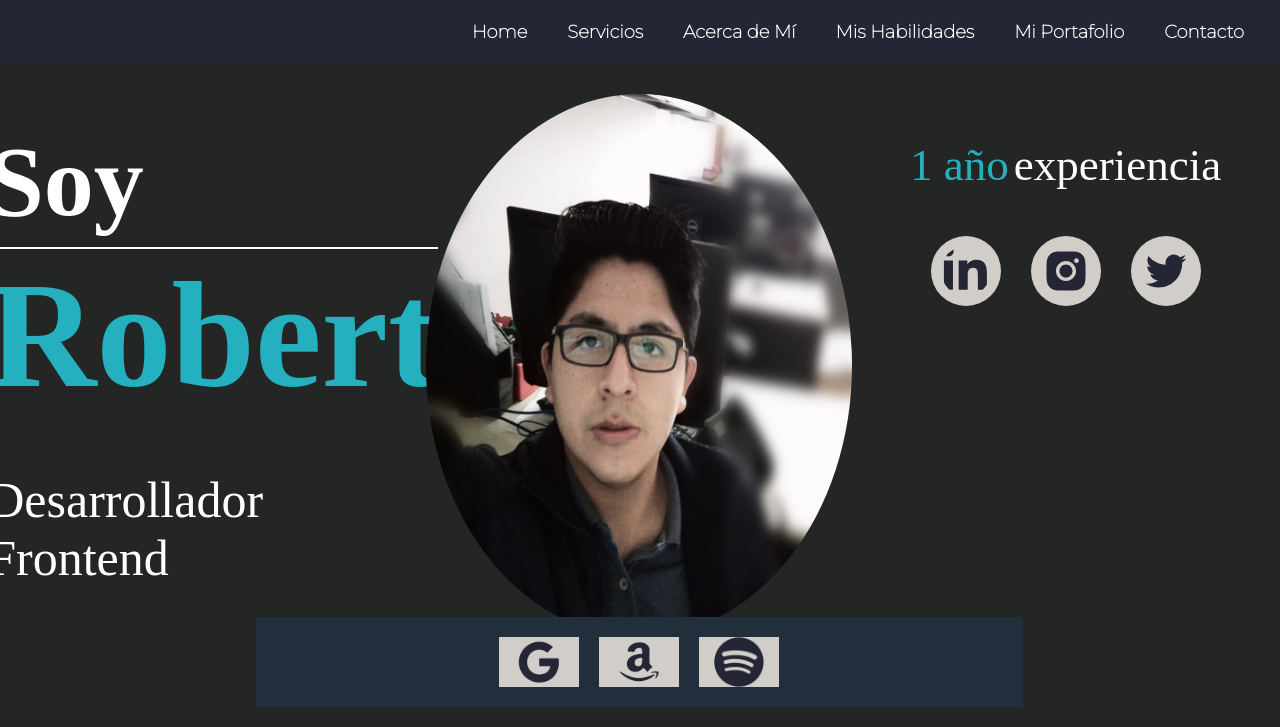
Repository: RobertAries28/PortafolioRobertEscalanteGomez2022
Page: index.html
These files come from the project's save history. The page is drawn as it stood at one moment and after the next save; the edit follows.
The browser window is 1280 px wide. The pictures show the whole page.

Above is the page before, as saved 2022-02-15 12:06:49.

### index.html
<!DOCTYPE html>
<html lang="en">
<head>
    <meta charset="UTF-8">
    <meta http-equiv="X-UA-Compatible" content="IE=edge">
    <meta name="viewport" content="width=device-width, initial-scale=1.0">
    <link rel="preconnect" href="https://fonts.googleapis.com">
<link rel="preconnect" href="https://fonts.gstatic.com" crossorigin>
<link href="https://fonts.googleapis.com/css2?family=Montserrat:wght@100&display=swap" rel="stylesheet">
    <link rel="stylesheet" href="estilos.css">
    <title>Document</title>
</head>
<body>
    <header class="main-header">
        <div class="l-container">

        <div class="main-menu-toggle" id="main-menu-toggle"></div>
             <nav class="main-nav" id="main-nav">
                 <ul class="main-menu">
                       <li class="main-menu__item">
                           <a class="main-menu__link" href="#">
                              Home
                           </a>
                       </li>

                       <li class="main-menu__item">
                         <a class="main-menu__link" href="#">
                           Servicios
                         </a>
                       </li>

                       <li class="main-menu__item">
                        <a class="main-menu__link" href="#">
                          Acerca de Mí
                        </a>
                       </li>


                     <li class="main-menu__item">
                         <a class="main-menu__link" href="#">
                           Mis Habilidades
                         </a>
                     </li>

                     <li class="main-menu__item">
                        <a class="main-menu__link" href="#">
                         Mi Portafolio
                        </a>
                    </li>

                    <li class="main-menu__item">
                        <a class="main-menu__link" href="#">
                         Contacto
                        </a>
                    </li>


                 </ul>
             </nav>


        </div>
     </header>
     <section>
        <div class="section-nombre">
              <h2>Soy</h2><hr color="white"/>
              <h1>Robert</h1>
              <p class="parrafo">Desarrollador Frontend</p>
        </div>

        <div class="section-imagen">
              <img src="imagenes/fotoPerfil.jpeg" alt="">
        </div>

        <div class="section-experiencia">
               <p><span>1 año</span>experiencia</p>
               <div>
                 <img src="imagenes/linkedin.svg" alt="">
                 <img src="imagenes/instagram.svg" alt="">
                 <img src="imagenes/twitter.svg" alt="">
               </div>
        </div>

        <div class="section-iconos">
          <div>
             <img src="imagenes/gmail.png" alt="">
             <img src="imagenes/amazon.png" alt="">
             <img src="imagenes/spotify.png" alt="">
            </div>
        </div>
    </section>
    <script src="javascript.js"></script>
</body>
</html>

### estilos.css
body{
    margin: 0;
    background: #242625;
}

.main-header{
    height: 4rem;
    background: #242635;
    position:sticky;

	top:0;

}
.l-container{
    max-width: 100%;
    padding-left: 1rem;
    padding-right: 1rem;
    display: flex;
    justify-content: space-between;
    align-items: center;

    height: 100%;
    color: white;

}
.main-menu{
    margin-top: 0;
    margin-bottom: 0;
    padding-left: 0;
    list-style: none;
    display: flex;
}

.main-menu li{
    padding: 0 20px;
}

a{
  text-decoration: none;
  color: white;
  font-family: 'Montserrat', sans-serif;
  font-size: 18px;
  font-weight: bold;
}


/*section*/

section{
    display: grid;
    grid-template-columns: repeat(3,33.3%);
    grid-template-rows: repeat(3,auto);
    justify-items: center;
    padding-top: 30px;

}

.section-nombre h1{
    font-size: 150px;
    margin: 0;
    color: #24B0BE;
}

.section-nombre h2{
    font-size: 100px;
    margin: 0;
    margin-top: 30px;
    color: white;
}

.section-nombre .parrafo{
    color: white;
    font-size: 50px;

}
.section-nombre hr{
    margin-bottom: 0;

}

.section-imagen{
    position: relative;
}

.section-imagen img{
    width: 100%;
    height: 100%;
    border-radius: 50%;


}

.section-experiencia p{
    color: white;
    font-size: 45px;

}

.section-experiencia span{
    color: #24B0BE;
    padding-right: 5px;
}

.section-experiencia img{
    background: #D1CECA;
    width: 50px;
    border-radius: 50%;
    padding: 10px;
    margin: 0 15px;
}

.section-experiencia div{
    display: flex;
    justify-content: center;
}

.section-iconos{
   grid-column: 1 / span 3;
 justify-self: center;
   background: #212F3C;
  width:60%;
  position: relative;
 top: -20px;
}

.section-iconos div{
    display: flex;
  justify-content: center;
}

.section-iconos img{
  height: 50px;
  background: #D1CECA;
  padding: 0 15px;
  margin: 20px 10px;
}




@media screen and ( max-width: 768px){



.main-menu__item{
    padding: .5rem 0 .5rem 1rem
}

.main-menu__link{
    color: white;
    margin-left: 1rem;
}



.main-nav{
    position: fixed;
    height: calc(100vh - 4rem);
    width: 200px;
    background: black;
    top: 4rem;
    right: -200px;




}

.main-menu{
    flex-direction: column;
}

.main-menu li{
    padding: 10px 0;
}



.show{
right: 0px;
transition-duration: 1s;
transition-timing-function:ease-in-out

}

 :not(.show){
     transition-duration: 1s;
  transition-timing-function: ease-in
 }


.main-menu-toggle{
    width: 2.4rem;
    margin-left: calc(100% - 38.4px);
    height: 1.6rem;
    background: linear-gradient(black 20%, transparent 20%, transparent 40%, black 40%, black 60%, transparent 60%, transparent 80%, black 80%);
    cursor: pointer;

}
}

### javascript.js
 const showMenu = (toggleId, navId) =>{
               const toggle = document.getElementById(toggleId),
               nav = document.getElementById(navId)

               if(toggle && nav){
                   toggle.addEventListener('mouseover' , ()=>{
                       nav.classList.toggle('show')
                   })



               }

               if(toggle && nav){
                   toggle.addEventListener('mouseout' , ()=>{
                       nav.classList.toggle('show')
                   })



               }



           }
           showMenu('main-menu-toggle','main-nav')

After the next save:
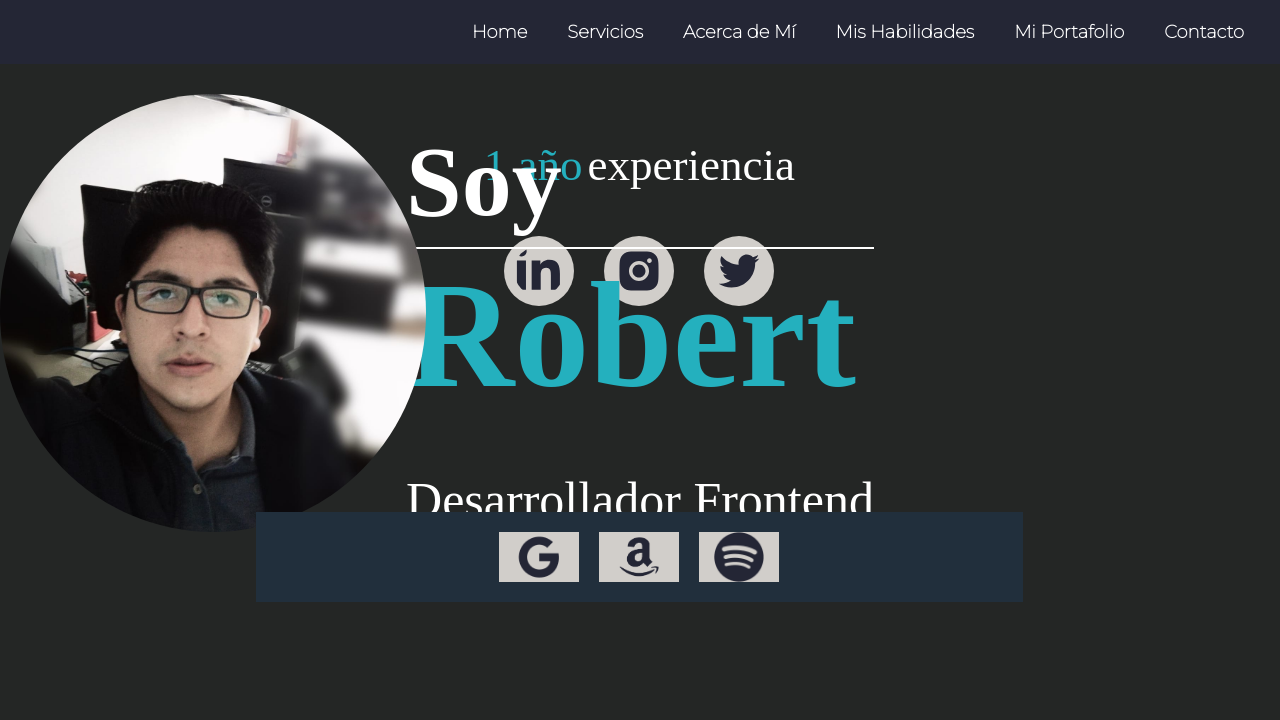
Saved 47 s later.
--- a/estilos.css
+++ b/estilos.css
@@ -53,6 +53,10 @@
     justify-items: center;
     padding-top: 30px;
 
+}
+
+.section-nombre{
+    position: absolute;
 }
 
 .section-nombre h1{

After the save that followed:
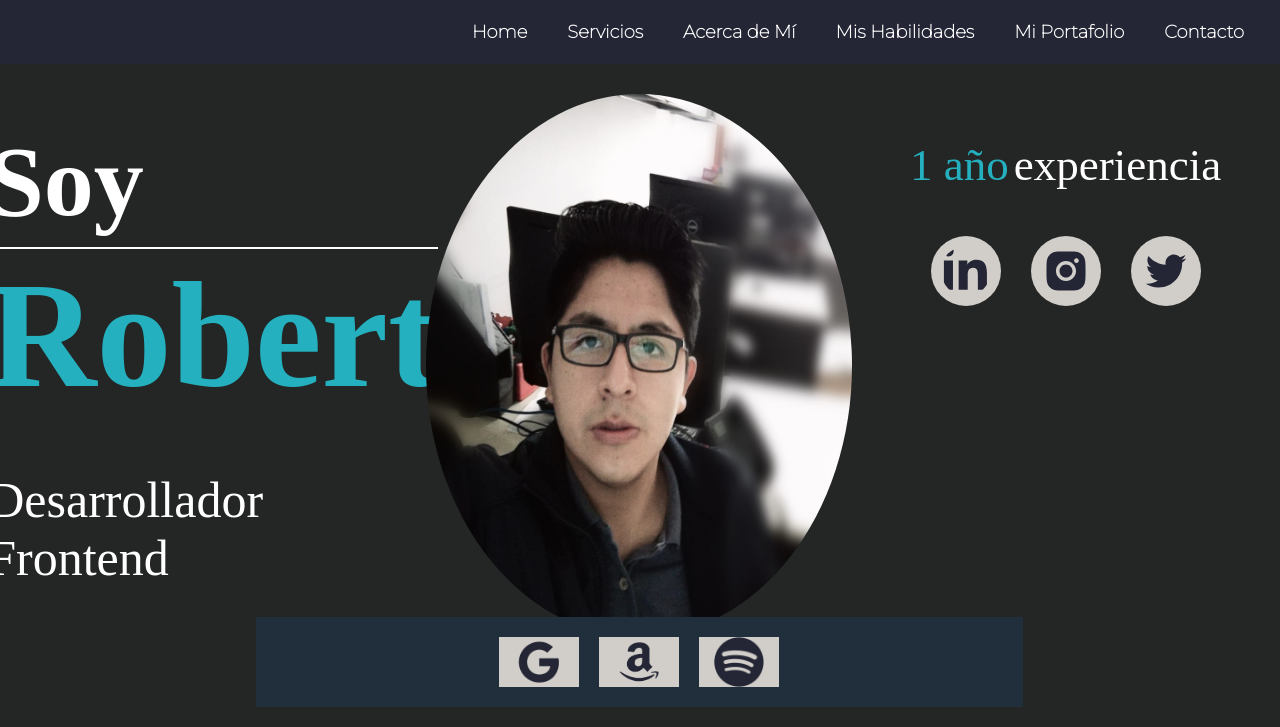
Saved 19 s later.
--- a/estilos.css
+++ b/estilos.css
@@ -56,7 +56,7 @@
 }
 
 .section-nombre{
-    position: absolute;
+    position: relative;
 }
 
 .section-nombre h1{
